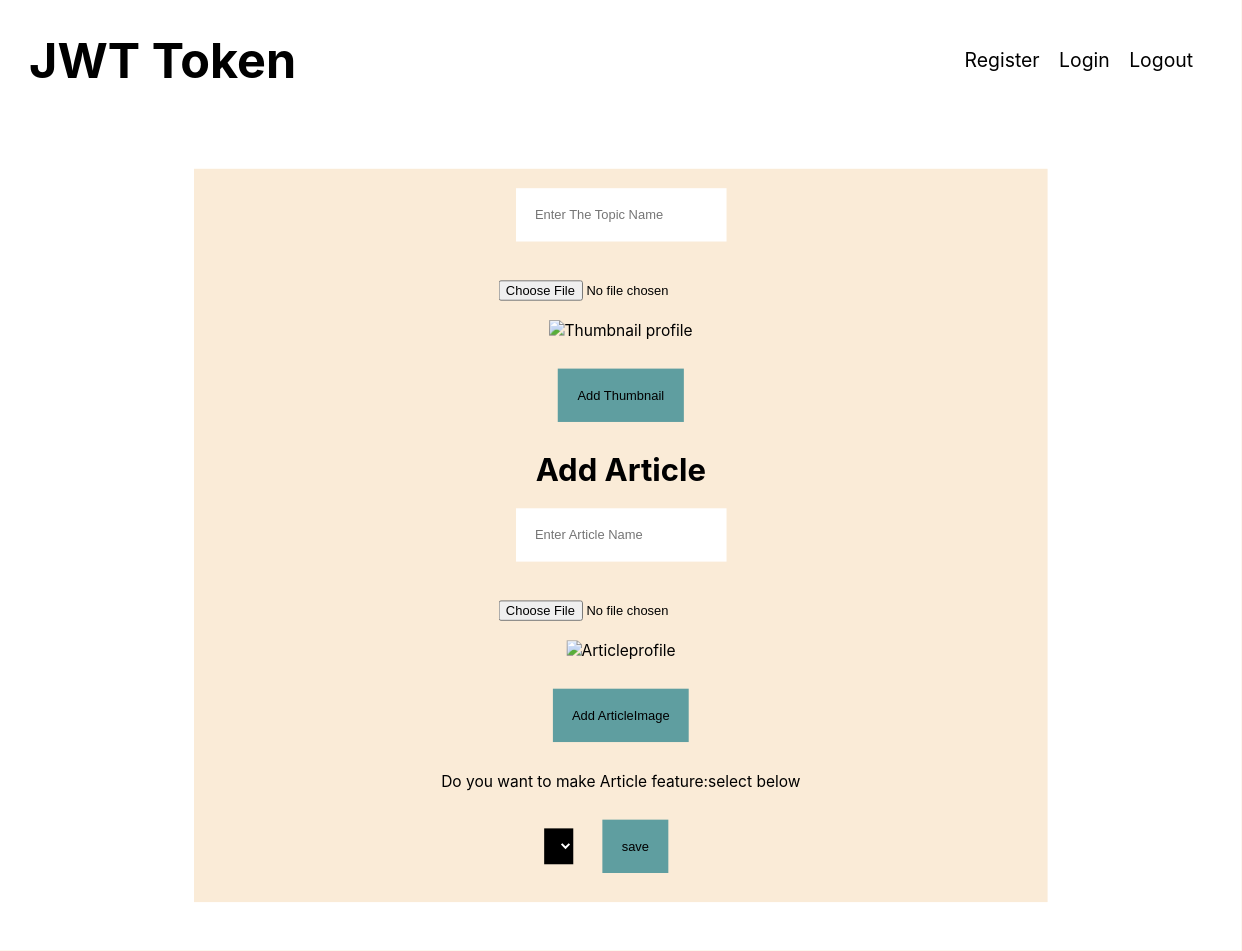
Repository: Prafullkuma/jwttoken
Page: /admin
An editor plug-in stored every save of this project. The page is shown before and after the next save, followed by the edit.
The browser window is 1280 px wide. The pictures show the whole page, at 97% of full size.
The project was rebuilt for these pictures with package versions that can differ from the ones it lists, and the page was loaded fresh each time. Also part of the build but not shown: src/App.css, src/component/Auth/Signup.js, src/component/Auth/Signin.js, src/component/User/User.js, src/component/Home/Home.js, src/component/Auth/Logout.js.

Above is the page before, as saved 2020-08-22 22:12:00.

### src/App.js
import React from 'react';
import { BrowserRouter, Route } from 'react-router-dom'
import './App.css';
import Navbar from './component/Navbar'
import Signup from './component/Auth/Signup';
import Signin from './component/Auth/Signin';
import User from './component/User/User';
import Dashboard from './component/Admin/Dashboard';
import Home from './component/Home/Home';
import Logout from './component/Auth/Logout'
function App() {
  return (
    <div className="App">
      <BrowserRouter>
        <Navbar />
        <Route path="/signup" component={Signup} />
        <Route path="/signin" component={Signin} />
        <Route path="logout" component={Logout} />
        <Route path="/user" component={User} />
        <Route path="/admin" component={Dashboard} />
        <Route exact path="/" component={Home} />
      </BrowserRouter>
    </div>
  );
}

export default App;

### src/component/Navbar.js
import React from 'react'
import { Link } from 'react-router-dom'
import './Navbar.css'
function Navbar() {
    return (
        <div>
            <section className="Nav">
                <h1> <Link to="/">JWT Token</Link></h1>
                <nav className="navbar-items">
                    <ul>
                        <li><Link to="/signup">Register</Link></li>
                        <li><Link to="/signin">Login</Link></li>
                        <li><Link to="/">Logout</Link></li>
                    </ul>

                </nav>
            </section>
        </div>
    )
}

export default Navbar

### src/component/Admin/Dashboard.js
import React, { useState } from 'react'
import './Dashboard.css'
function Dashboard() {
    const [topic, setTopic] = useState('')
    const [thumbnail, setThumbnail] = useState()
    const [title, setTitle] = useState('')
    const [articleImage, setArticleImage] = useState('')
    const [feature, setFeature] = useState('')
    const [flag, setFlag] = useState(false)
    const addThumbnail = (e) => {
        console.log(e.target.file)
    }
    const addArticleImage = () => {

    }
    const saveAllData = () => {

    }
    return (
        <div className="Dashboard">
            <div className="Topic_name">
                <input type="text"
                    value={topic}
                    onChange={e => setTopic(e.target.value)}
                    placeholder="Enter The Topic Name" />
                <br />
                <input type="file"
                    value={thumbnail}
                    onChange={e => setThumbnail(e.target.value)} /><br />
                <img src="" alt="Thumbnail profile" /><br />
                <button onClick={addThumbnail}> Add Thumbnail</button>

            </div>
            <div className="ArticleName">
                <h1> Add Article</h1>
                <input type="text"
                    value={title}
                    placeholder="Enter Article Name"
                    onChange={e => setTitle(e.target.value)} />
                <br />
                <input type="file"
                    value={articleImage}
                    onChange={e => setArticleImage(e.target.value)} /><br />
                <img src="" alt="Articleprofile" /><br />
                <button onClick={addArticleImage}> Add ArticleImage</button><br />
                <span>Do you want to make Article feature:select below</span><br />
                <select value={feature} onChange={e => setFeature(e.target.value)}>
                    <option selected value={true}>Yes</option>
                    <option value={false}>No</option>
                </select>

                <button type="submit" onClick={saveAllData}> save</button>
            </div>

        </div>
    )
}

export default Dashboard

### src/component/Navbar.css
.Nav{
display: flex;
align-items: center;
justify-content: space-between;
padding: 30px;
}
ul,li{
    list-style: none;
    float: left;
    margin: 10px;
    font-size: 20px;
}
.Nav h1{
    font-size: 50px;
}
.Nav a{
    text-decoration: none;
    color:black
}
.navbar-items{
    display: flex;
}

### src/component/Admin/Dashboard.css
.Dashboard{
    margin-top: 50px;
    display: flex;
    flex-direction: column;
    margin: 50px 200px;
    background-color: antiquewhite;
    text-align: center;
}
.Dashboard input{
    border: none;
    padding: 20px;
    margin-top: 20px;
}
.Dashboard button{
    padding: 20px;
    margin: 30px;
    border: none;
    background-color: cadetblue;
    cursor: pointer;
}
.Dashboard select{
    padding: 10px;
    border: none;
    background-color: black;
    color:white;
    width:30px;
}

Loaded but not shown: src/index.js (common file); src/index.css (common file)

After the next save:
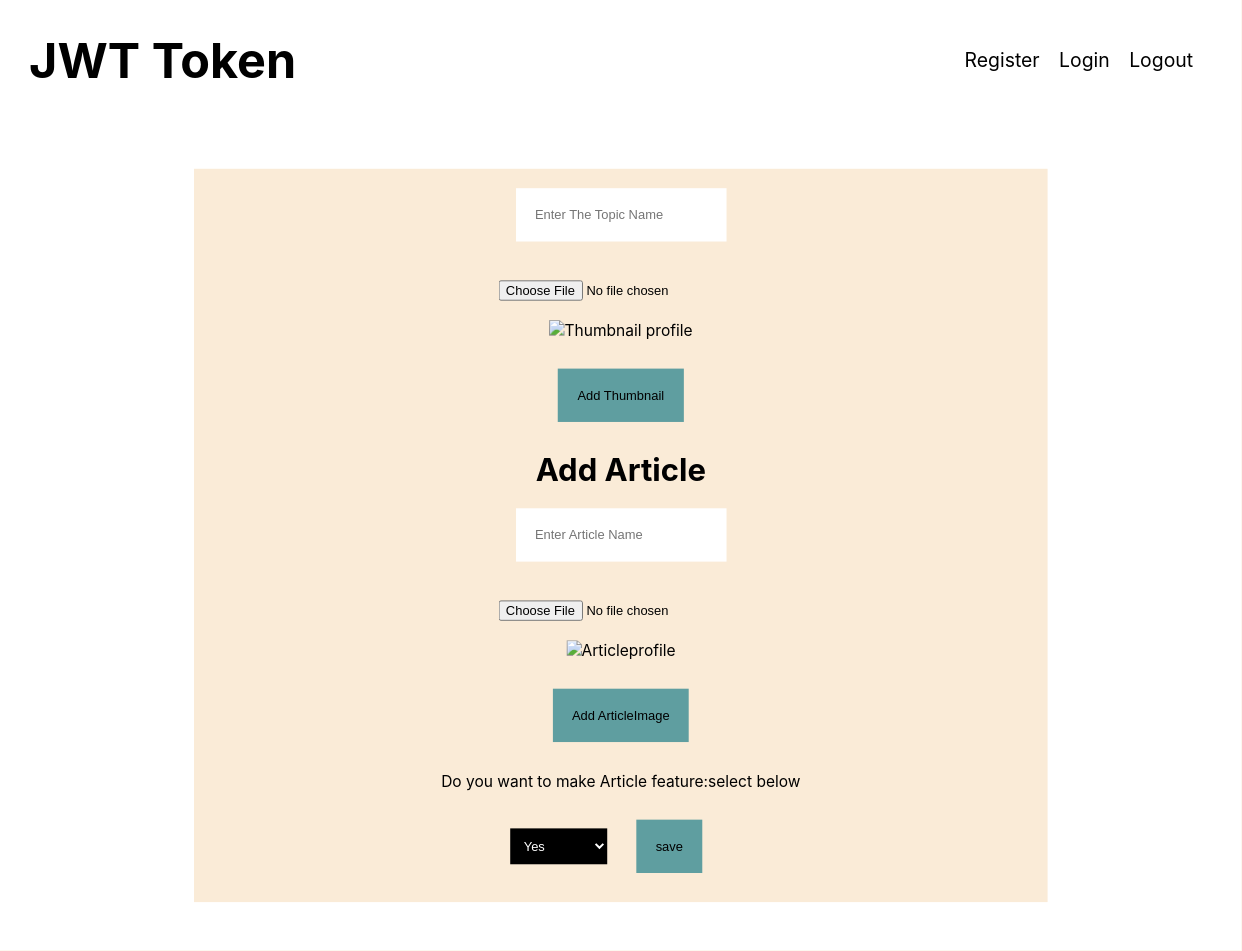
Saved 4 s later.
--- a/src/component/Admin/Dashboard.css
+++ b/src/component/Admin/Dashboard.css
@@ -23,5 +23,5 @@
     border: none;
     background-color: black;
     color:white;
-    width:30px;
+    width:100px;
 }
